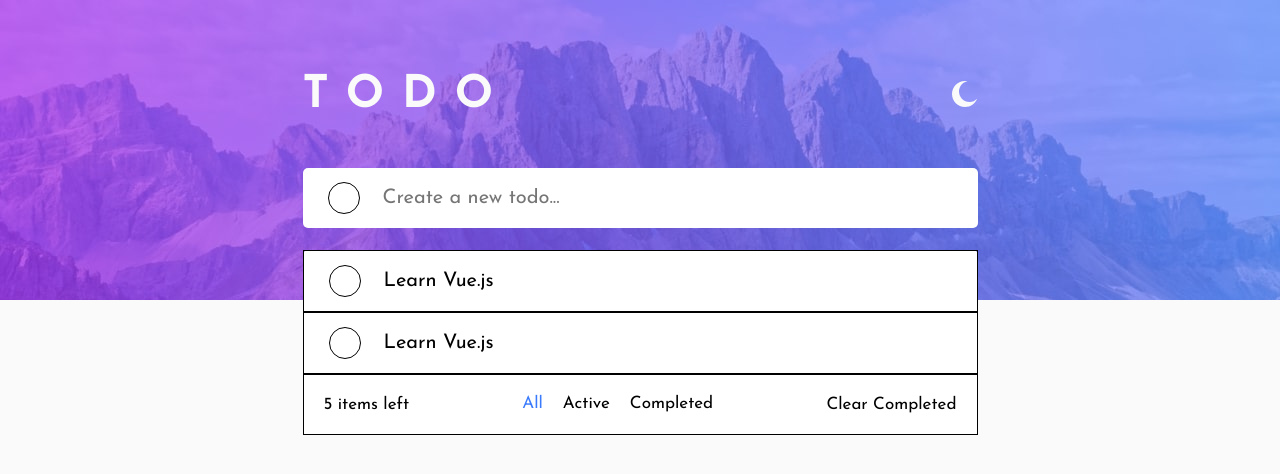
Repository: tomas938/todo-app
Page: /
These files come from the project's save history. The page is drawn as it stood at one moment and after the next save; the edit follows.
The browser window is 1280 px wide. The pictures show the whole page.
The project was rebuilt for these pictures with package versions that can differ from the ones it lists, and the page was loaded fresh each time.

Above is the page before, as saved 2021-08-18 12:02:14.

### src/main.js
import { createApp } from "vue";
import App from "./App.vue";
import router from "./router";

createApp(App)
	.use(router)
	.mount("#app");

### src/App.vue
<template>
	<router-view />
</template>

<style lang="scss">
@import "/src/scss/_variables";
:root {
	.dark {
		--items-bg-color: hsl(235, 24%, 19%);
		--body-bg: hsl(235, 21%, 11%);
	}
	.light {
		--items-bg-color: hsl(0, 0%, 100%);
		--body-bg: hsl(0, 0%, 98%);
	}
}
* {
	margin: 0;
	padding: 0;
	box-sizing: border-box;
}
html {
	font-size: 62.5%;
}
body {
	font-size: 1.8rem;
	font-family: $font-primary;
	background-color: var(--body-bg);
}

li {
	list-style: none;
}
</style>

### src/router/index.js
import { createRouter, createWebHashHistory } from "vue-router";
import Home from "../views/Home.vue";

const routes = [
	{
		path: "/",
		name: "Home",
		component: Home,
	},
];

const router = createRouter({
	history: createWebHashHistory(),
	routes,
});

export default router;

### src/scss/_variables.scss
// LINK COLLORS-PRIMARY //

$primary: hsl(220, 98%, 61%);
$primary-bg: linear-gradient hsl(192, 100%, 67%) to hsl(280, 87%, 65%);

// LINK LIGHT THEME //

$light-gray: hsl(0, 0%, 98%);
$very-light-grayish-blue: hsl(236, 33%, 92%);
$light-grayish-blue: hsl(233, 11%, 84%);
$dark-grayish-blue: hsl(236, 9%, 61%);
$very-dark-grayish-blue: hsl(235, 19%, 35%);

// LINK DARK THEME //

$very-dark-blue: hsl(235, 21%, 11%);
$dark-desaturated-blue: hsl(235, 24%, 19%);
$light-grayish-blue--dark: hsl(234, 39%, 85%);
$light-grayish-blue--dark-hover: hsl(236, 33%, 92%);
$dark-grayish-blue--dark: hsl(234, 11%, 52%);
$very-dark-grayish-blue--dark: hsl(233, 14%, 35%);
$very-dark-grayish-blue--dark-2: hsl(237, 14%, 26%);

// LINK FONT //

@import url("https://fonts.googleapis.com/css2?family=Josefin+Sans:wght@400;700&display=swap");
$font-primary: "Josefin Sans", sans-serif;
$light: 400;
$bold: 700;

### src/views/Home.vue
<template>
	<Header />
	<Todos />
</template>

<script>
import Header from "../components/Header";
import Todos from "../components/Todos.vue";
export default {
	components: {
		Header,
		Todos,
	},
};
</script>
<style lang="scss"></style>

### src/components/Header.vue
<template>
	<header>
		<nav class="nav container">
			<div class="nav__title">
				<h1>todo</h1>
			</div>
			<svg
				v-if="ligth"
				@click="changeTheme"
				class="nav__theme"
				xmlns="http://www.w3.org/2000/svg"
				width="26"
				height="26"
			>
				<path
					fill="#fafafa"
					fill-rule="evenodd"
					d="M13 0c.81 0 1.603.074 2.373.216C10.593 1.199 7 5.43 7 10.5 7 16.299 11.701 21 17.5 21c2.996 0 5.7-1.255 7.613-3.268C23.22 22.572 18.51 26 13 26 5.82 26 0 20.18 0 13S5.82 0 13 0z"
				/>
			</svg>
			<svg
				v-else
				@click="changeTheme"
				xmlns="http://www.w3.org/2000/svg"
				width="26"
				height="26"
			>
				<path
					fill="#fafafa"
					fill-rule="evenodd"
					d="M13 21a1 1 0 011 1v3a1 1 0 11-2 0v-3a1 1 0 011-1zm-5.657-2.343a1 1 0 010 1.414l-2.121 2.121a1 1 0 01-1.414-1.414l2.12-2.121a1 1 0 011.415 0zm12.728 0l2.121 2.121a1 1 0 01-1.414 1.414l-2.121-2.12a1 1 0 011.414-1.415zM13 8a5 5 0 110 10 5 5 0 010-10zm12 4a1 1 0 110 2h-3a1 1 0 110-2h3zM4 12a1 1 0 110 2H1a1 1 0 110-2h3zm18.192-8.192a1 1 0 010 1.414l-2.12 2.121a1 1 0 01-1.415-1.414l2.121-2.121a1 1 0 011.414 0zm-16.97 0l2.121 2.12A1 1 0 015.93 7.344L3.808 5.222a1 1 0 011.414-1.414zM13 0a1 1 0 011 1v3a1 1 0 11-2 0V1a1 1 0 011-1z"
				/>
			</svg>
		</nav>
		<div class="new-todo">
			<input type="text" placeholder="Create a new todo..." />
		</div>
	</header>
</template>

<script>
export default {
	data() {
		return {
			ligth: true,
			body: document.body,
		};
	},
	methods: {
		changeTheme() {
			this.ligth = !this.ligth;
			if (!this.ligth) {
				this.body.classList.remove("light");
				this.body.classList.add("dark");
			} else {
				this.body.classList.remove("dark");
				this.body.classList.add("light");
			}
		},
	},
	mounted() {
		this.body.classList.add("light");
	},
};
</script>

<style lang="scss" scoped>
@import "/src/scss/_variables";

header {
	height: 30rem;
	display: flex;
	flex-direction: column;
	align-items: center;
	justify-content: center;
	gap: 5rem;
	padding: 3rem;
	background-image: url(../assets/bg-desktop-light.jpg);
	background-repeat: no-repeat;
	background-size: cover;
}
.nav {
	max-width: 67.5rem;
	width: 100%;
	display: flex;
	justify-content: space-between;
	align-items: baseline;
	&__title h1 {
		font-size: 4.5rem;
		letter-spacing: 1.8rem;
		text-transform: uppercase;
	}

	svg {
		cursor: pointer;
	}
}
.new-todo {
	max-width: 67.5rem;
	width: 100%;
	position: relative;
	&::before {
		content: "";
		position: absolute;
		top: 50%;
		transform: translateY(-50%);
		left: 2.5rem;
		width: 3rem;
		height: 3rem;
		border-radius: 50%;
		border: 1px solid black;
	}
}
input {
	width: 100%;
	outline: none;
	border: none;
	padding: 2rem;
	padding-left: 8rem;
	border-radius: 0.5rem;
	font-size: 2rem;
	font-family: $font-primary;
	font-weight: $light;
}
h1 {
	color: $light-gray;
}
</style>

### src/components/Todos.vue
<template>
	<main>
		<ul class="todos">
			<li class="todo-item">
				<span>Learn Vue.js</span>
			</li>
			<li class="todo-item">
				<span>Learn Vue.js</span>
			</li>
			<div class="filters">
				<div class="items-left">
					<span>5 items left</span>
				</div>
				<div class="filter">
					<span>All</span>
					<span>Active</span>
					<span>Completed</span>
				</div>
				<div class="clear">
					<span>Clear Completed</span>
				</div>
			</div>
		</ul>
	</main>
</template>

<script>
export default {};
</script>

<style lang="scss" scoped>
@import "/src/scss/_variables";

main {
	display: flex;
	justify-content: center;
	transform: translateY(-5rem);
}
.todos {
	max-width: 67.5rem;
	width: 100%;
	border-radius: 0.5rem;
	background-color: var(--items-bg-color);
}
.todo-item {
	position: relative;
	width: 100%;
	padding: 2rem;
	padding-left: 8rem;
	font-size: 2rem;
	font-family: $font-primary;
	font-weight: $light;
	border: 1px solid black;

	// FIXME maybe group styling //
	&::before {
		cursor: pointer;
		content: "";
		position: absolute;
		top: 50%;
		transform: translateY(-50%);
		left: 2.5rem;
		width: 3rem;
		height: 3rem;
		border-radius: 50%;
		border: 1px solid black;
	}
	&::after {
		opacity: 0;
		cursor: pointer;
		content: "";
		position: absolute;
		right: 2.5rem;
		width: 2.6rem;
		height: 2.6rem;
		background-image: url(../assets/icon-cross.svg);
		background-repeat: no-repeat;
	}
	&:hover:after {
		transition: opacity 0.5s ease-in-out;
		opacity: 1;
	}
}
.filters {
	display: flex;
	justify-content: space-between;
	border: 1px solid black;
	padding: 2rem;
	.filter {
		display: flex;
		gap: 2rem;
		span {
			&:first-child {
				color: $primary;
			}
		}
	}
	.items-left {
		span {
			cursor: auto;
		}
	}
	span {
		cursor: pointer;
		font-size: 1.7rem;
	}
}
</style>

Loaded but not shown: public/index.html (common file)

After the next save:
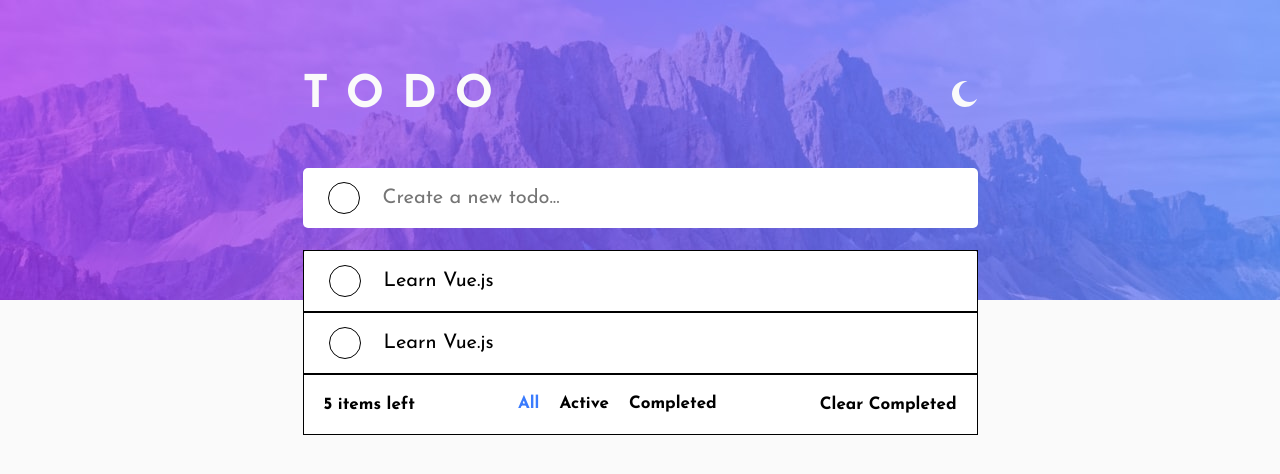
Saved 16 s later.
--- a/src/components/Todos.vue
+++ b/src/components/Todos.vue
@@ -101,6 +101,7 @@
 		}
 	}
 	span {
+		font-weight: $bold;
 		cursor: pointer;
 		font-size: 1.7rem;
 	}

After the save that followed:
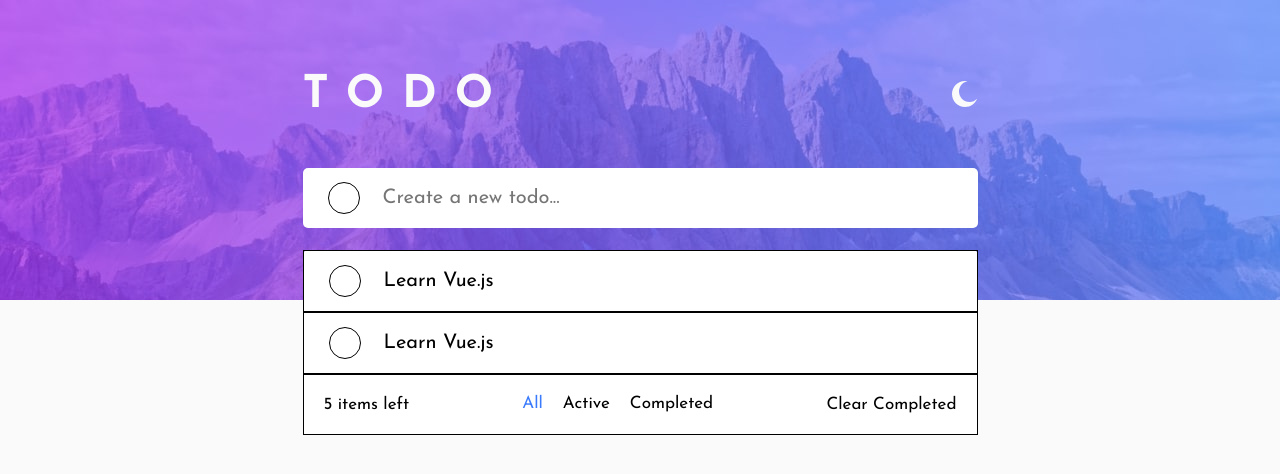
Saved 6 s later.
--- a/src/components/Todos.vue
+++ b/src/components/Todos.vue
@@ -101,7 +101,6 @@
 		}
 	}
 	span {
-		font-weight: $bold;
 		cursor: pointer;
 		font-size: 1.7rem;
 	}
